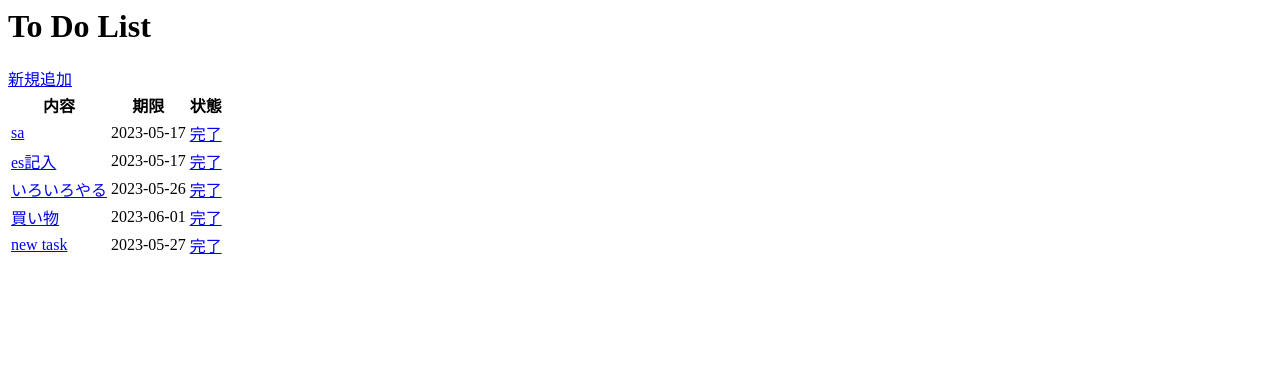
Repository: sgmtg/ToDoList
Page: http://localhost/
The author's editor kept a record of every edit. The page is drawn from the files as they stood at one moment, then again after the next edit.
The browser window is 1280 px wide. The pictures show the whole page.
The page is served by the project's application, run on Flask 3 (app.py). The page reads the database file committed with the project.

Above is the page before.

### templates/index.html
{% extends 'base.html' %}

{% block body %}
<div class="container">
  <div class="row">
    <div class="col-md-10 col-md-offset-2">
        <h1>To Do List</h1>
        <a href="/create">新規追加</a>
        <table class="table table-striped">
            </th><th>内容</th><th>期限</th><th>状態</th></tr>
        <tbody>
        {% for post in posts %}
            <tr>
                <span>
                <td  {% if post.done %} class="done" {% endif %}><a href="/detail/{{ post.id }}" role="button">{{ post.title }}</a></td>
                <td  {% if post.done %} class="done" {% endif %}>{{ post.due.date() }}</td>
                </span>
                <td><a href="/change_status/{{ post.id }}">{% if post.done %}未完了に戻す{% else %}完了{% endif %}</a></td>

            </tr>
        {% endfor %}
        </tbody>
        </table>
    </div>
{% endblock %}

### templates/base.html
<html lang="ja">
    <head>
        <title>My To Do List</title>
        <meta charset="UTF-8">
        <meta name="viewport" content="width=device-width, initial-scale=1.0">
        {% block head %}{% endblock %}
    </head>
    <body>
       {% block body %}{% endblock %}
    </body>
</html>

### app.py
from flask import Flask, request, render_template, redirect, url_for
from flask_sqlalchemy import SQLAlchemy
from datetime import datetime

app = Flask(__name__)
app.config['SQLALCHEMY_DATABASE_URI'] = 'sqlite:///todo.db'  # todo.dbという名前のdbを設定
db = SQLAlchemy(app)  # dbを生成

toDoList = []

class Post(db.Model):
    id = db.Column(db.Integer, primary_key=True)  # 主キー
    title = db.Column(db.String(30), nullable=False)
    detail = db.Column(db.String(100))  # 空でもok
    due = db.Column(db.DateTime, nullable=False)  # 日付型を指定



@app.route('/', methods=['GET', 'POST'])
def index():
    if request.method == 'GET':
        posts = Post.query.all()
        return render_template('index.html', posts=posts)

    else:
        title = request.form.get('title')
        detail = request.form.get('detail')
        due = request.form.get('due')

        due = datetime.strptime(due, '%Y-%m-%d')  # フォームから文字列を受け取るため日付型に変換
        new_post = Post(title=title, detail=detail, due=due)

        db.session.add(new_post)
        db.session.commit()
        return redirect('/')

@app.route('/create')
def create():
    return render_template('create.html')




if __name__ == "__main__":
    app.run(port=3000, debug=True, use_debugger=True)  # 8080
    create_tables()

### instance/todo.db (the tables this page reads, as SQL)
CREATE TABLE post (
	id INTEGER NOT NULL, 
	title VARCHAR(30) NOT NULL, 
	detail VARCHAR(100), 
	due DATETIME NOT NULL, 
	done BOOLEAN, 
	PRIMARY KEY (id)
);
INSERT INTO "post" VALUES
(1, 'sa', '上記の修正では、app.app_context()のコンテキストマネージャを使用してアプリケーションコンテキストを作成し、その中でdb.create_all()を実行しています。これにより、アプリケーションコンテキスト内でデータベース操作が行われます。', '2023-05-17 00:00:00.000000', 1),
(2, 'es記入', 'さまざまな Forms (フォーム) を作成するための control styles (フォームコントロールスタイル)、layout options (レイアウトオプション)、custom components (カスタムコンポ', '2023-05-17 00:00:00.000000', 0),
(3, 'いろいろやる', '', '2023-05-26 00:00:00.000000', 0),
(4, '買い物', 'ここに詳細を記入', '2023-06-01 00:00:00.000000', 1),
(5, 'new task', 'hogehoge', '2023-05-27 00:00:00.000000', 0);

### static/css/style.css

.done {
  text-decoration: line-through;
  color: gray;
  /* 他のスタイルプロパティ */
}

After the next edit:
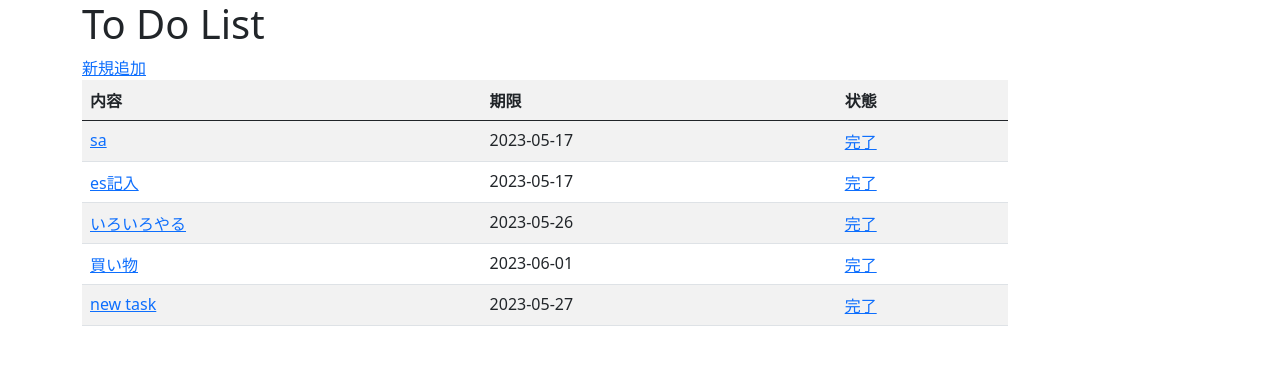
The edit:
--- a/templates/base.html
+++ b/templates/base.html
@@ -3,6 +3,8 @@
         <title>My To Do List</title>
         <meta charset="UTF-8">
         <meta name="viewport" content="width=device-width, initial-scale=1.0">
+        <link rel="stylesheet" href="/static/css/style.css">
+        <link href="https://cdn.jsdelivr.net/npm/bootstrap@5.0.2/dist/css/bootstrap.min.css" rel="stylesheet" integrity="sha384-EVSTQN3/azprG1Anm3QDgpJLIm9Nao0Yz1ztcQTwFspd3yD65VohhpuuCOmLASjC" crossorigin="anonymous">
         {% block head %}{% endblock %}
     </head>
     <body>
